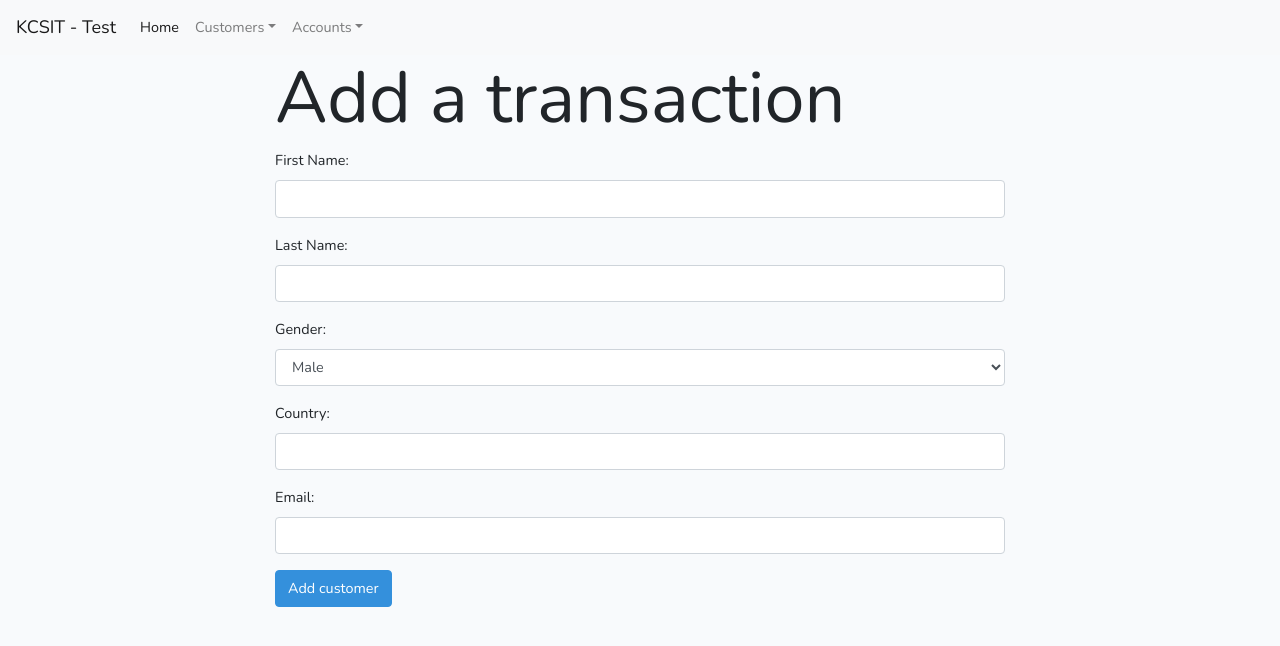
Repository: GilmarBrito/kcsit
Page: resources/views/accounts/create.blade.php
These files come from the project's save history. The page is drawn as it stood at one moment and after the next save; the edit follows.
The browser window is 1280 px wide. The pictures show the whole page.
The page is served by the project's Laravel application, run on PHP 8.4 with Laravel 8. Other server files are loaded and not shown. Style sheets and scripts are compiled from the project's sources, by tool versions that may differ from the author's. The template is opened directly, without the code that normally fills it, so the values that code supplies are empty.

Above is the page before, as saved 2020-03-09 03:23:26.
Console error: ReferenceError: $ is not defined

### routes/web.php
<?php

use Illuminate\Support\Facades\Route;

/*
|--------------------------------------------------------------------------
| Web Routes
|--------------------------------------------------------------------------
|
| Here is where you can register web routes for your application. These
| routes are loaded by the RouteServiceProvider within a group which
| contains the "web" middleware group. Now create something great!
|
*/

Route::get('/', function () {
    return view('welcome');
});

Route::resource('customers', 'CustomerController');

Route::get('/customers/{id}/account',[
    'as' => 'accounts.show',
    'uses' => 'AccountController@show'
]);

Route::get('/customers/{id}/account/transaction/new',[
    'as' => 'accounts.transaction',
    'uses' => 'AccountController@createTransaction'
]);

### resources/views/accounts/create.blade.php
@extends('base')

@section('main')
<div class="row">
    <div class="col-sm-8 offset-sm-2">
        <h1 class="display-3">Add a transaction</h1>
        <div>
        @if ($errors->any())
            <div class="alert alert-danger">
                <ul>
                    @foreach ($errors->all() as $error)
                        <li>{{ $error }}</li>
                    @endforeach
                </ul>
            </div><br />
            @endif
            <form method="post" action="{{route('customers.store') }}">
                @csrf
                <div class="form-group">
                    <label for="first_name">First Name:</label>
                    <input type="text" class="form-control" name="first_name"/>
                </div>

                <div class="form-group">
                    <label for="last_name">Last Name:</label>
                    <input type="text" class="form-control" name="last_name"/>
                </div>

                <div class="form-group">
                    <label for="gender">Gender:</label>
                    <select class="form-control" name="gender">
                        <option value="Male">Male</option>
                        <option value="Female">Female</option>
                        <option value="Other">Other</option>
                    </select>
                </div>
                <div class="form-group">
                    <label for="country">Country:</label>
                    <input type="text" class="form-control" name="country"/>
                </div>
                <div class="form-group">
                    <label for="email">Email:</label>
                    <input type="email" class="form-control" name="email"/>
                </div>
                <button type="submit" class="btn btn-primary">Add customer</button>
            </form>
        </div>
    </div>
</div>
@endsection

### resources/views/base.blade.php
<!DOCTYPE html>
<html lang="en">
<head>
    <meta name="viewport" content="width=device-width, initial-scale=1.0">
    <title>KCSIT - Clever Full Stack Developer Test Task</title>
    <!-- Styles -->
    <link href="{{ asset('css/app.css') }}" rel="stylesheet">
</head>
<body>
    <nav class="navbar navbar-expand-lg navbar-light bg-light">
        <a class="navbar-brand" href="#">{{ config('app.name') }}</a>
        <button class="navbar-toggler" type="button" data-toggle="collapse" data-target="#navbarSupportedContent" aria-controls="navbarSupportedContent" aria-expanded="false" aria-label="Toggle navigation">
            <span class="navbar-toggler-icon"></span>
        </button>

        <div class="collapse navbar-collapse" id="navbarSupportedContent">
            <ul class="navbar-nav mr-auto">
                <li class="nav-item active">
                    <a class="nav-link" href="#">Home <span class="sr-only">(current)</span></a>
                </li>
                <li class="nav-item dropdown">
                    <a class="nav-link dropdown-toggle" href="#" id="navbarDropdown" role="button" data-toggle="dropdown" aria-haspopup="true" aria-expanded="false">Customers</a>
                    <div class="dropdown-menu" aria-labelledby="navbarDropdown">
                        <a class="dropdown-item" href="{{ route('customers.index') }}">List</a>
                        <a class="dropdown-item" href="{{ route('customers.create')}}">New</a>
                    </div>
                </li>
                <li class="nav-item dropdown">
                    <a class="nav-link dropdown-toggle" href="#" id="navbarDropdown" role="button" data-toggle="dropdown" aria-haspopup="true" aria-expanded="false">Accounts</a>
                    <div class="dropdown-menu" aria-labelledby="navbarDropdown">
                        <a class="dropdown-item" href="#">List</a>
                        <a class="dropdown-item" href="#">Deposit</a>
                        <a class="dropdown-item" href="#">Withdraw</a>
                    </div>
                </li>
            </ul>
        </div>
    </nav>
    @include('flash-message')
    <div class="container">
        @yield('main')
    </div>
    <!-- Scripts -->
    <script src="{{ asset('js/app.js') }}"></script>

    <script>
        $(document).ready(function () {
            if ($('.alert')){
                $('.alert').fadeTo(4000, 500).slideUp(500, function(){
                    $(".alert-dismissible").alert('close');
                });
            }
        });
    </script>

</body>
</html>

### resources/views/flash-message.blade.php
@if ($message = Session::get('success'))
<div class="alert alert-success alert-dismissible fade show">
	<button type="button" class="close" data-dismiss="alert">×</button>
        <strong>{{ $message }}</strong>
</div>
@endif


@if ($message = Session::get('error'))
<div class="alert alert-danger alert-dismissible fade show">
	<button type="button" class="close" data-dismiss="alert">×</button>
        <strong>{{ $message }}</strong>
</div>
@endif


@if ($message = Session::get('warning'))
<div class="alert alert-warning alert-dismissible fade show">
	<button type="button" class="close" data-dismiss="alert">×</button>
	<strong>{{ $message }}</strong>
</div>
@endif


@if ($message = Session::get('info'))
<div class="alert alert-info alert-dismissible fade show">
	<button type="button" class="close" data-dismiss="alert">×</button>
	<strong>{{ $message }}</strong>
</div>
@endif


@if ($errors->any())
<div class="alert alert-danger alert-dismissible fade show">
	<button type="button" class="close" data-dismiss="alert">×</button>
	Please check the form below for errors
</div>
@endif

### resources/sass/app.scss
// Fonts
@import url('https://fonts.googleapis.com/css?family=Nunito');

// Variables
@import 'variables';

// Bootstrap
@import '~bootstrap/scss/bootstrap';
// @import 'node_modules/@fortawesome/fontawesome-free/scss/fontawesome.scss';
@import '~@fortawesome/fontawesome-free/scss/fontawesome';
@import '~@fortawesome/fontawesome-free/scss/regular';
@import '~@fortawesome/fontawesome-free/scss/solid';
@import '~@fortawesome/fontawesome-free/scss/brands';

Loaded but not shown: resources/sass/_variables.scss (common file)

After the next save:
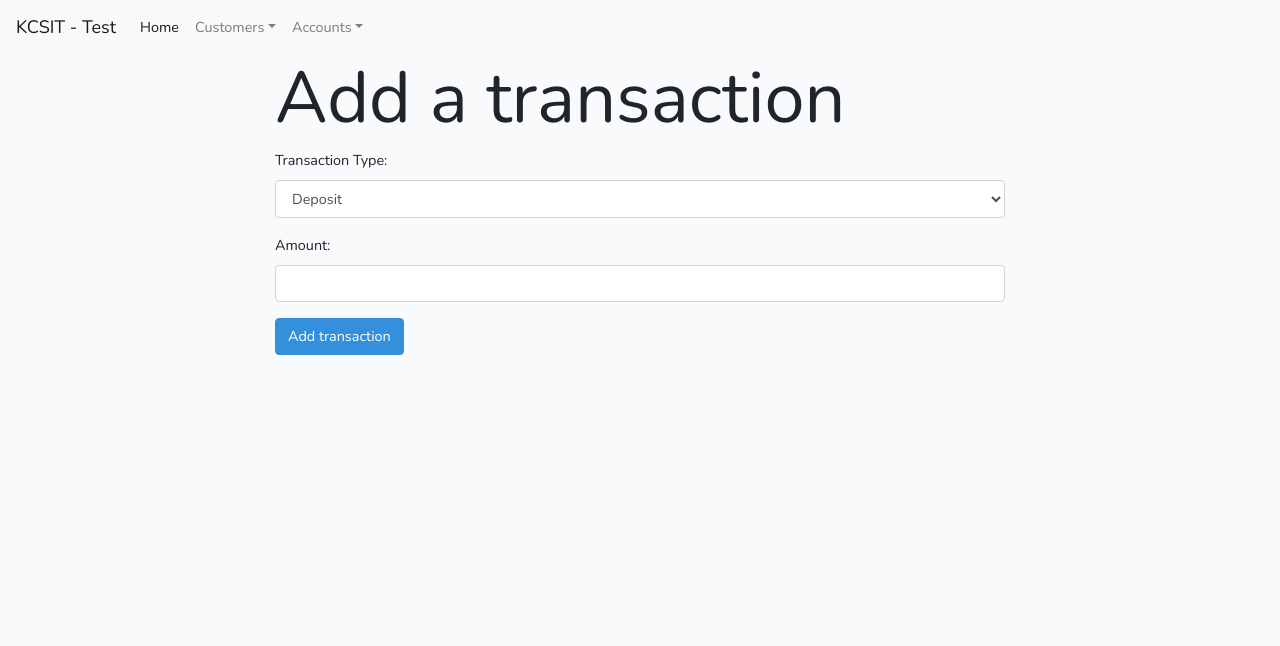
Saved 3 min 17 s later.
--- a/resources/views/accounts/create.blade.php
+++ b/resources/views/accounts/create.blade.php
@@ -17,32 +17,18 @@
             <form method="post" action="{{route('customers.store') }}">
                 @csrf
                 <div class="form-group">
-                    <label for="first_name">First Name:</label>
+                    <label for="gender">Transaction Type:</label>
+                    <select class="form-control" name="gender">
+                        <option value="Deposit">Deposit</option>
+                        <option value="Withdraw">Withdraw</option>
+                    </select>
+                </div>
+                <div class="form-group">
+                    <label for="first_name">Amount:</label>
                     <input type="text" class="form-control" name="first_name"/>
                 </div>
 
-                <div class="form-group">
-                    <label for="last_name">Last Name:</label>
-                    <input type="text" class="form-control" name="last_name"/>
-                </div>
-
-                <div class="form-group">
-                    <label for="gender">Gender:</label>
-                    <select class="form-control" name="gender">
-                        <option value="Male">Male</option>
-                        <option value="Female">Female</option>
-                        <option value="Other">Other</option>
-                    </select>
-                </div>
-                <div class="form-group">
-                    <label for="country">Country:</label>
-                    <input type="text" class="form-control" name="country"/>
-                </div>
-                <div class="form-group">
-                    <label for="email">Email:</label>
-                    <input type="email" class="form-control" name="email"/>
-                </div>
-                <button type="submit" class="btn btn-primary">Add customer</button>
+                <button type="submit" class="btn btn-primary">Add transaction</button>
             </form>
         </div>
     </div>
